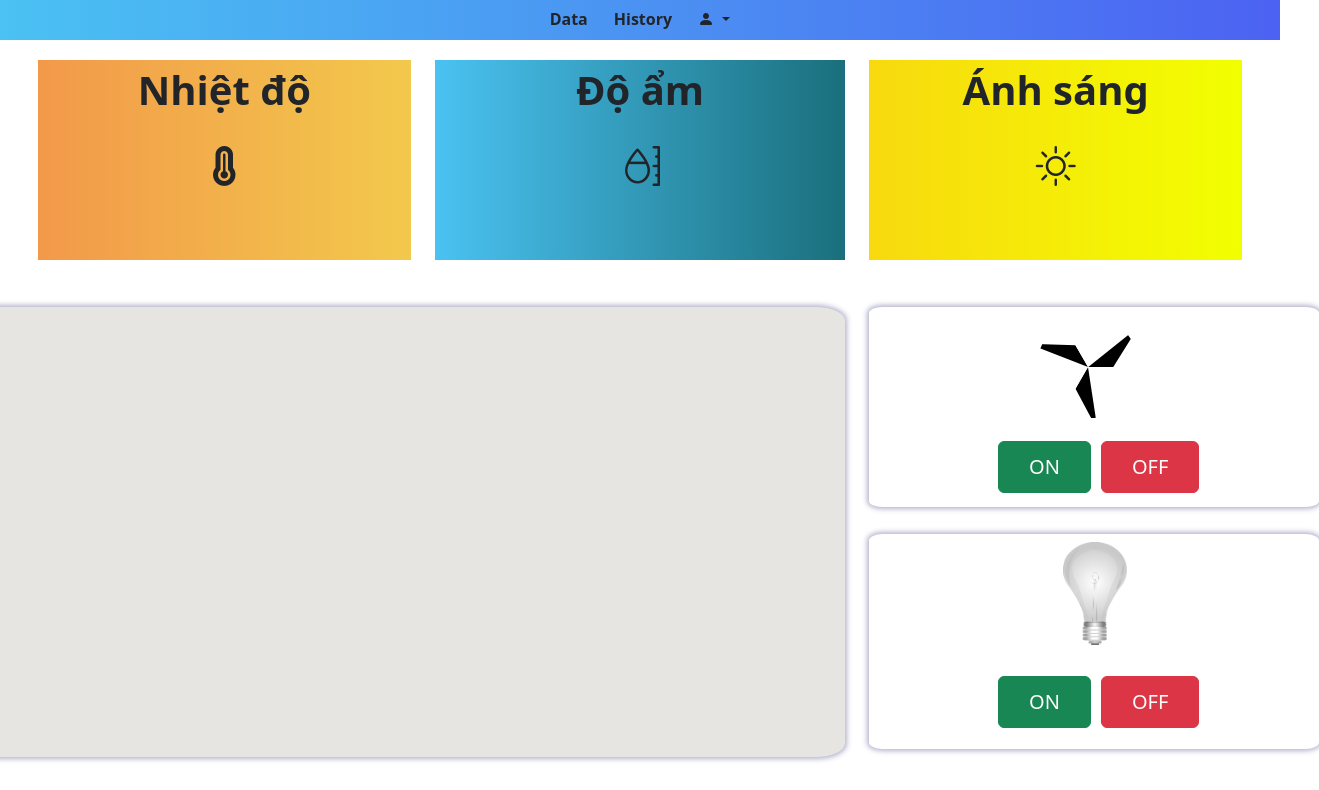
Repository: ndmq03102002/BTL_IOT
Page: Fontend_IOT/iot/index.html
These files come from the project's save history. The page is drawn as it stood at one moment and after the next save; the edit follows.
The browser window is 1280 px wide. The page is 1319 px wide, so the pictures cover 1319 px, including what lies to the right of the window. The pictures show the whole page.
The page's requests for data from a server got no answer. Some web libraries are served in a nearby version.

Above is the page before, as saved 2023-09-08 00:31:02.

### Fontend_IOT/iot/index.html
<!DOCTYPE html>
<html lang="en">
<head>
    <meta charset="UTF-8">
    <meta name="viewport" content="width=device-width, initial-scale=1.0">
    <title>Document</title>
    <link rel="stylesheet" href="style.css">
    <link rel="stylesheet" href="bootstrap/css/bootstrap.css">
    <script src="https://cdnjs.cloudflare.com/ajax/libs/Chart.js/2.9.4/Chart.js"></script>
    <script src="https://kit.fontawesome.com/1be2f108e2.js" crossorigin="anonymous"></script>
    <link rel="stylesheet" href="https://cdn.jsdelivr.net/npm/bootstrap-icons@1.10.5/font/bootstrap-icons.css">
    <link rel="stylesheet" href="https://cdnjs.cloudflare.com/ajax/libs/font-awesome/6.0.0/css/all.min.css" integrity="sha512-9usAa10IRO0HhonpyAIVpjrylPvoDwiPUiKdWk5t3PyolY1cOd4DSE0Ga+ri4AuTroPR5aQvXU9xC6qOPnzFeg==" crossorigin="anonymous" referrerpolicy="no-referrer" />
</head>
<header style="width: 100%; height: 40px; margin :auto;background: linear-gradient(to right, #4ac2f2, #4c62f2)">
    <div class="col-sm-12 data">
        <a href="data.html" class="btn" style="font-weight: bold;">Data</a>
        <a href="history.html" class="btn" style="font-weight: bold;">History</a>
        <div class="btn-group" >
            <a class="btn btn-white dropdown-toggle"  href="#" role="button" data-bs-toggle="dropdown" aria-expanded="false">
                <i class="bi bi-person-fill"></i>
            </a>
            <ul class="dropdown-menu">
                <li><a href="javascript:" class="dropdown-item"><i class="bi bi-person"></i> MSV: B20DCCN567</a></li>
                <li><a href="javascript:" class="dropdown-item"><i class="bi bi-phone"></i> Phone: 0961264306</a></li>
                <li><a href="message.html" class="dropdown-item"><i class="bi bi-envelope"></i> Email: Nguyendinhmanhquynh@gmail.com</a></li>
            </ul>
          </div>
    </div>
</header>
<body>
     <div  style="background-color:white;height:700px; margin-bottom: 50px;">
        <div class="row">
            <div  class="col-sm-4 col-pd"style="padding-left: 50px;" >
                <div class="khoi1 khoi-size">
                        <p >Nhiệt độ</p>
                        <p style="display: inline; " class="count1"></p>
                        <span><i class='fa-solid fa-temperature-full'></i></span>

                </div>
            </div>
            <div class="col-sm-4 col-pd">
                <div class="khoi2 khoi-size">
                    <p> Độ ẩm</p>
                    <p style="display: inline;" class="count2"></p>
                    <span> <i class="bi bi-moisture"></i></span>
                </div>
            </div>
            <div class="col-sm-4 col-pd" style="padding-right: 50px;">
                <div class="khoi3 khoi-size">
                    <p>Ánh sáng</p>
                    <p style="display: inline;" class="count3"></p>
                    <span> <i class="bi bi-brightness-high"></i></span>
                </div>
            </div>
            <div class="col-sm-8 " >
                <div class="khoi" style="height: 450px;width: 950px; float:right">
                    <canvas id="myChart" style="border-radius: 3%; width:100%;height: 100%;background-color: rgb(231, 229, 226);"></canvas>
                </div>
            </div>
            <div class="col-sm-4 ">
                <div class="khoi khoiii" style=" background-color: white; height: 200px; width: 450px; float: left; display: flex; justify-content: center; align-items: center;">
                    <div class="fan">
                        <div class="blade blade-1"></div>
                        <div class="blade blade-2"></div>
                        <div class="blade blade-3"></div>
                        <div class="stand"></div>
                    </div>
                    <div class="button" style="margin-top:120px; margin-right: 120px;">
                        <button class="btn btn-success " onclick="OnFan()" style="--bs-btn-padding-y: 10px; --bs-btn-padding-x: 30px; --bs-btn-font-size: 20px; ">ON</button>
                         <button class="btn btn-danger " onclick="OffFan()" style="--bs-btn-padding-y: 10px; --bs-btn-padding-x: 30px; --bs-btn-font-size: 20px;">OFF</button>
                    </div>
                </div>
                <div class="khoi " style="background-color: white; margin-bottom: 20px; height: 215px; width: 450px; float: left; display: flex; justify-content: center; align-items: center;">
                    <div class="light" >
                        <img src="image/light_off.png" class="img1"/>
                    </div>
                    <div class="button"  style="margin-top:120px; margin-right: 120px;">
                        <button class="btn btn-success " onclick="OnLight()" style="--bs-btn-padding-y: 10px; --bs-btn-padding-x: 30px; --bs-btn-font-size: 20px; ">ON</button>
                         <button class="btn btn-danger " onclick="OffLight()" style="--bs-btn-padding-y: 10px; --bs-btn-padding-x: 30px; --bs-btn-font-size: 20px;">OFF</button>
                    </div>

                </div>
            </div>
        </div>
    </div>
    <p>

    <script src="https://cdn.jsdelivr.net/npm/axios/dist/axios.min.js"></script>
    <script src="./js.js"></script>
    <script src="jquery.js"></script>
    <script src="popper.min.js"></script>
    <script src="bootstrap/js/bootstrap.min.js"></script>
</body>
</html>

### Fontend_IOT/iot/style.css
html {
  margin: 0;
  padding: 0;
}
.data {
  display: flex;
  justify-content: center;
  align-items: center;
}
.data a:hover{
  color: white;
}

.khoi {
  width: 100%;
  height: 200px;
  margin-right: 0px;
  margin-bottom: 27px;
  background-color: #9fb4d0;

  box-shadow: 0px 0px 5px 2px rgba(97, 95, 151, 0.47);
  border-radius: 3%;
}
.khoi1 {
  width: 100%;
  height: 200px;
  margin-right: 0px;
  margin-bottom: 27px;
  background: linear-gradient(to right, #f2994a, #f2c94c);
}
.khoi2 {
  width: 100%;
  height: 200px;
  margin-right: 0px;
  margin-bottom: 27px;
  background: linear-gradient(to right, #4ac2f2, #1a6f7c);
}
.khoi3 {
  width: 100%;
  height: 200px;
  margin-right: 0px;
  margin-bottom: 27px;
  background: linear-gradient(to right, #f8d90f, #f2ff00);
}
.khoii {
  width: 100%;
  height: 500px;
  background-color: black;
}
.abc {
  margin-bottom: 30px;
}
.col-pd {
  padding: 20px;
}
.khoi-size {
  font-size: 40px;
  font-weight: bold;
  text-align: center;
}
.fan {
  width: 200px;
  height: 200px;
  position: relative;
}

.blade {
  width: 0;
  height: 0;
  position: absolute;
  top: 10%;
  left: 170%;
  transform-origin: 0 50%;
  background-color: #000000;
  border-radius: 50%;
}

.blade-1 {
  width: 50px;
  height: 80px;
  clip-path: polygon(0 50%, 100% 0, 50% 50%);
  transform: rotate(0deg);
  /* animation: rotateFan1 1s linear infinite; */
}

.blade-2 {
  width: 50px;
  height: 80px;
  clip-path: polygon(0 50%, 100% 0, 50% 50%);
  transform: rotate(120deg);
  /* animation: rotateFan2 1s linear infinite; */
}

.blade-3 {
  width: 50px;
  height: 80px;
  clip-path: polygon(0 50%, 100% 0, 50% 50%);
  transform: rotate(240deg);
  /* animation: rotateFan3 1s linear infinite; */
}

@keyframes rotateFan2 {
  to {
    transform: rotate(480deg);
  }
}
@keyframes rotateFan1 {
  to {
    transform: rotate(360deg);
  }
}
@keyframes rotateFan3 {
  to {
    transform: rotate(600deg);
  }
}
.button {
  display: flex;
  flex-direction: row;
  justify-content: space-between;
}

.button .btn-success {
  margin-right: 10px; /* Thêm khoảng cách bên phải cho nút "ON" */
}
.light {
  width: 200px;
  height: 200px;
}
.light img {
  width: 50%;
  height: auto;
  margin-left: 150%;
}

### Fontend_IOT/iot/js.js
let Listbox = document.querySelectorAll(".khoi-size");
let box1 = Listbox[0];
let box2 = Listbox[1];
let box3 = Listbox[2];

let countTemp = document.querySelector(".count1").innerText;
let countHum = document.querySelector(".count2").innerText;
let countLight = document.querySelector(".count3").innerText;
let count = 0;

function changeTemp() {
  if (countTemp <= 10) {
    box1.style.background = "#9fb4d0";
  } else if (countTemp <= 25) {
    box1.style.background = "#c8b83f";
  } else if (countTemp <= 35) {
    box1.style.background = "#f2c94c";
  } else {
    box1.style.background = "#f2c94c";
  }
  if (countTemp > 50) {
    box1.style.background = "#fd0606";
  }
}
function changeHum() {
  if (countHum <= 10) {
    box2.style.background = "#848590";
  } else if (countHum <= 25) {
    box2.style.background = "#5259a4";
  } else if (countHum <= 35) {
    box2.style.background = "#3846de";
  } else {
    box2.style.background = "#1a6f7c";
  }
  if (countHum > 50) {
    box2.style.background = "#4ac2f2";
  }
}
function changeLight() {
  if (countLight <= 10) {
    box3.style.background = "#9fb4d0";
  } else if (countLight <= 25) {
    box3.style.background = "#c8b83f";
  } else if (countLight <= 35) {
    box3.style.background = "#f2c94c";
  } else {
    box3.style.background = "#c83f3f";
  }
  if (countLight > 50) {
    box3.style.background = "#f2ff00";
  }
}
function getTempAllData() {
  fetch("http://localhost:8080/getAllData")
    .then(function (response) {
      return response.json();
    })
    .then(function (posts) {
      const temp = [];
      const hum = [];
      const light = [];
      for (let key of posts) {
        temp.push(key.temperature);
        hum.push(key.humidity);
        light.push(key.light);
      }
      // hiển thị nhiệt độ
      countTemp = document.querySelector(".count1").innerText =
        temp[temp.length - 1];
      countHum = document.querySelector(".count2").innerText =
        hum[hum.length - 1];
      countLight = document.querySelector(".count3").innerText =
        light[light.length - 1];
      changeTemp();
      changeHum();
      changeLight();
      console.log(countTemp);
      //hiển thị đồ thị
      const xValues = [1, 5, 10, 15, 20, 25, 30, 35, 40, 45];

      type: "line",
        new Chart("myChart", {
          type: "line",
          data: {
            labels: xValues,
            datasets: [
              {
                label: "Temperature",
                data: temp,
                borderColor: "red",
                yAxisID: "temperature-y-axis",
                fill: false,
              },
              {
                label: "Humidity",
                data: hum,
                borderColor: "blue",
                yAxisID: "temperature-y-axis",
                fill: false,
              },
              {
                label: "Light",
                data: light,
                borderColor: "yellow",
                yAxisID: "light-y-axis",
                fill: false,
              },
            ],
          },
          options: {
            legend: { display: true },
            scales: {
              yAxes: [
                {
                  id: "temperature-y-axis", // Đặt ID cho trục tung nhiệt độ
                  position: "left",
                  ticks: {
                    min: 0, // Giá trị tối thiểu trên trục tung nhiệt độ
                    max: 100, // Giá trị tối đa trên trục tung nhiệt độ
                    stepSize: 10, // Bước giữa các giá trị
                  },
                  scaleLabel: {
                    display: true,
                    labelString: "Temperature (°C)",
                  },
                },
                {
                  id: "light-y-axis", // Đặt ID cho trục tung độ ẩm
                  position: "right",
                  ticks: {
                    min: 0, // Giá trị tối thiểu trên trục tung độ ẩm
                    max: 1000, // Giá trị tối đa trên trục tung độ ẩm
                    stepSize: 100, // Bước giữa các giá trị
                  },
                  scaleLabel: {
                    display: true,
                    labelString: "Light (lux)",
                  },
                },
              ],
            },
          },
        });
    })
    .catch(function (err) {
      console.log(err);
    });
}
setInterval(getTempAllData,2000)
function OnFan() {
  const blade1 = (document.querySelector(".blade-1").style.animation =
    "rotateFan1 1s linear infinite");
  const blade2 = (document.querySelector(".blade-2").style.animation =
    "rotateFan2 1s linear infinite");
  const blade3 = (document.querySelector(".blade-3").style.animation =
    "rotateFan3 1s linear infinite");
}
function OffFan() {
  const blade1 = document
    .querySelector(".blade-1")
    .style.removeProperty("animation");
  const blade2 = document
    .querySelector(".blade-2")
    .style.removeProperty("animation");
  const blade3 = document
    .querySelector(".blade-3")
    .style.removeProperty("animation");
}
function OnLight() {
  let img = document.querySelector('.img1');
  img.src = 'image/light_on.png';
}
function OffLight() {
  let img = document.querySelector('.img1');
  img.src = 'image/light_off.png';
}

Loaded but not shown: Fontend_IOT/iot/bootstrap/css/bootstrap.css (library); Fontend_IOT/iot/jquery.js (library); Fontend_IOT/iot/popper.min.js (library); Fontend_IOT/iot/bootstrap/js/bootstrap.min.js (library)

After the next save:
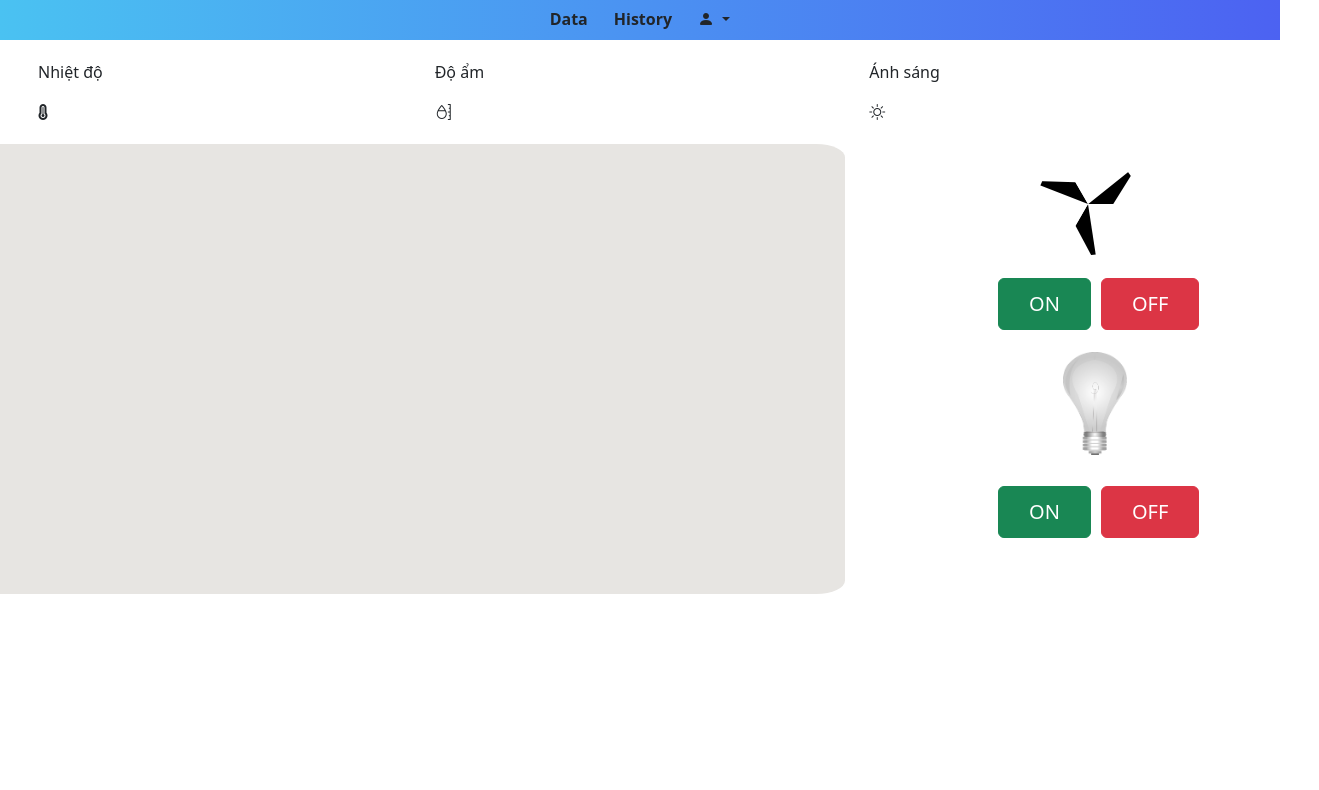
Saved 5 h 49 min later.
--- a/Fontend_IOT/iot/style.css
+++ b/Fontend_IOT/iot/style.css
@@ -11,7 +11,7 @@ html {
   color: white;
 }
 
-.khoi {
+.block {
   width: 100%;
   height: 200px;
   margin-right: 0px;
@@ -21,31 +21,26 @@ html {
   box-shadow: 0px 0px 5px 2px rgba(97, 95, 151, 0.47);
   border-radius: 3%;
 }
-.khoi1 {
+.block1 {
   width: 100%;
   height: 200px;
   margin-right: 0px;
   margin-bottom: 27px;
   background: linear-gradient(to right, #f2994a, #f2c94c);
 }
-.khoi2 {
+.block2 {
   width: 100%;
   height: 200px;
   margin-right: 0px;
   margin-bottom: 27px;
   background: linear-gradient(to right, #4ac2f2, #1a6f7c);
 }
-.khoi3 {
+.block3 {
   width: 100%;
   height: 200px;
   margin-right: 0px;
   margin-bottom: 27px;
   background: linear-gradient(to right, #f8d90f, #f2ff00);
-}
-.khoii {
-  width: 100%;
-  height: 500px;
-  background-color: black;
 }
 .abc {
   margin-bottom: 30px;
@@ -53,7 +48,7 @@ html {
 .col-pd {
   padding: 20px;
 }
-.khoi-size {
+.block-size {
   font-size: 40px;
   font-weight: bold;
   text-align: center;

After the save that followed:
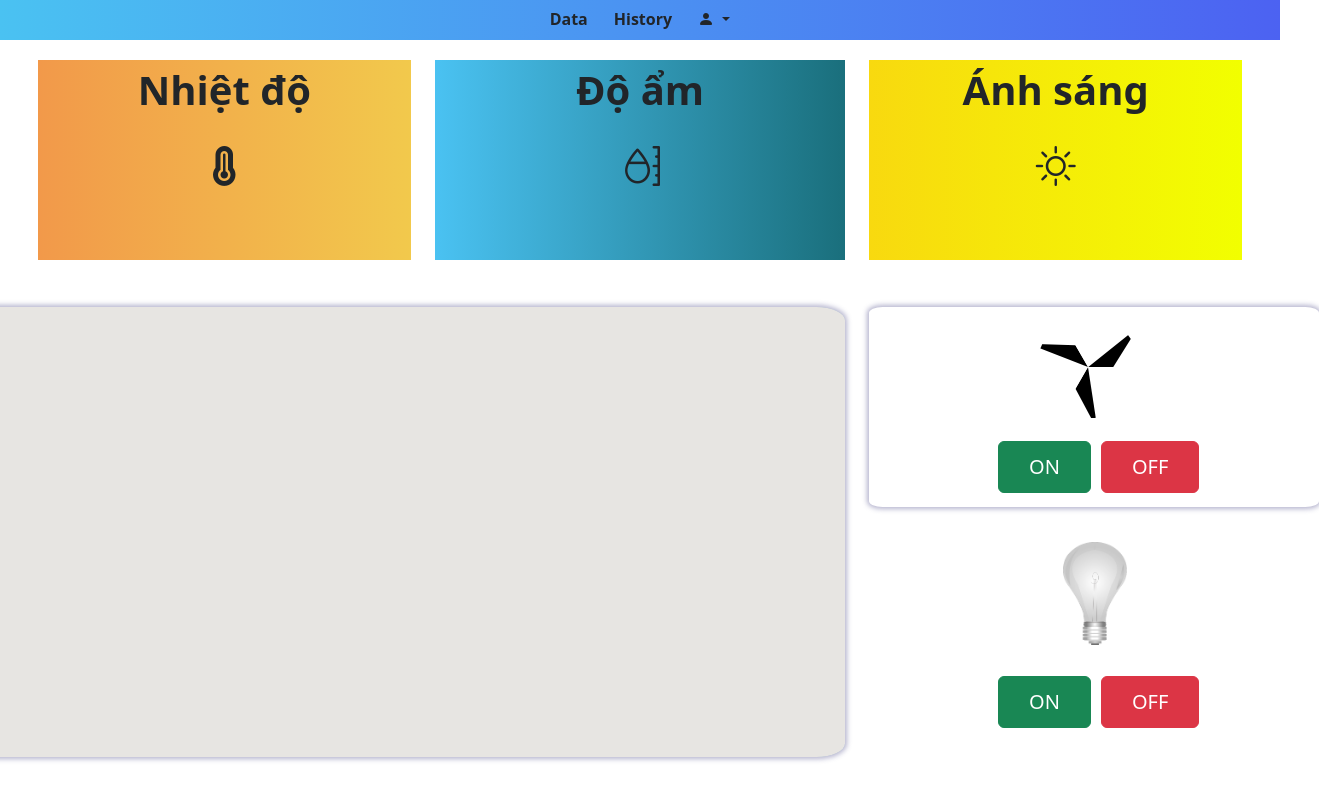
Saved 5 s later.
--- a/Fontend_IOT/iot/index.html
+++ b/Fontend_IOT/iot/index.html
@@ -31,7 +31,7 @@
      <div  style="background-color:white;height:700px; margin-bottom: 50px;">
         <div class="row">
             <div  class="col-sm-4 col-pd"style="padding-left: 50px;" >
-                <div class="khoi1 khoi-size">
+                <div class="block1 block-size">
                         <p >Nhiệt độ</p>
                         <p style="display: inline; " class="count1"></p>
                         <span><i class='fa-solid fa-temperature-full'></i></span>
@@ -39,26 +39,26 @@
                 </div>
             </div>
             <div class="col-sm-4 col-pd">
-                <div class="khoi2 khoi-size">
+                <div class="block2 block-size">
                     <p> Độ ẩm</p>
                     <p style="display: inline;" class="count2"></p>
                     <span> <i class="bi bi-moisture"></i></span>
                 </div>
             </div>
             <div class="col-sm-4 col-pd" style="padding-right: 50px;">
-                <div class="khoi3 khoi-size">
+                <div class="block3 block-size">
                     <p>Ánh sáng</p>
                     <p style="display: inline;" class="count3"></p>
                     <span> <i class="bi bi-brightness-high"></i></span>
                 </div>
             </div>
             <div class="col-sm-8 " >
-                <div class="khoi" style="height: 450px;width: 950px; float:right">
+                <div class="block" style="height: 450px;width: 950px; float:right">
                     <canvas id="myChart" style="border-radius: 3%; width:100%;height: 100%;background-color: rgb(231, 229, 226);"></canvas>
                 </div>
             </div>
             <div class="col-sm-4 ">
-                <div class="khoi khoiii" style=" background-color: white; height: 200px; width: 450px; float: left; display: flex; justify-content: center; align-items: center;">
+                <div class="block blockk" style=" background-color: white; height: 200px; width: 450px; float: left; display: flex; justify-content: center; align-items: center;">
                     <div class="fan">
                         <div class="blade blade-1"></div>
                         <div class="blade blade-2"></div>
